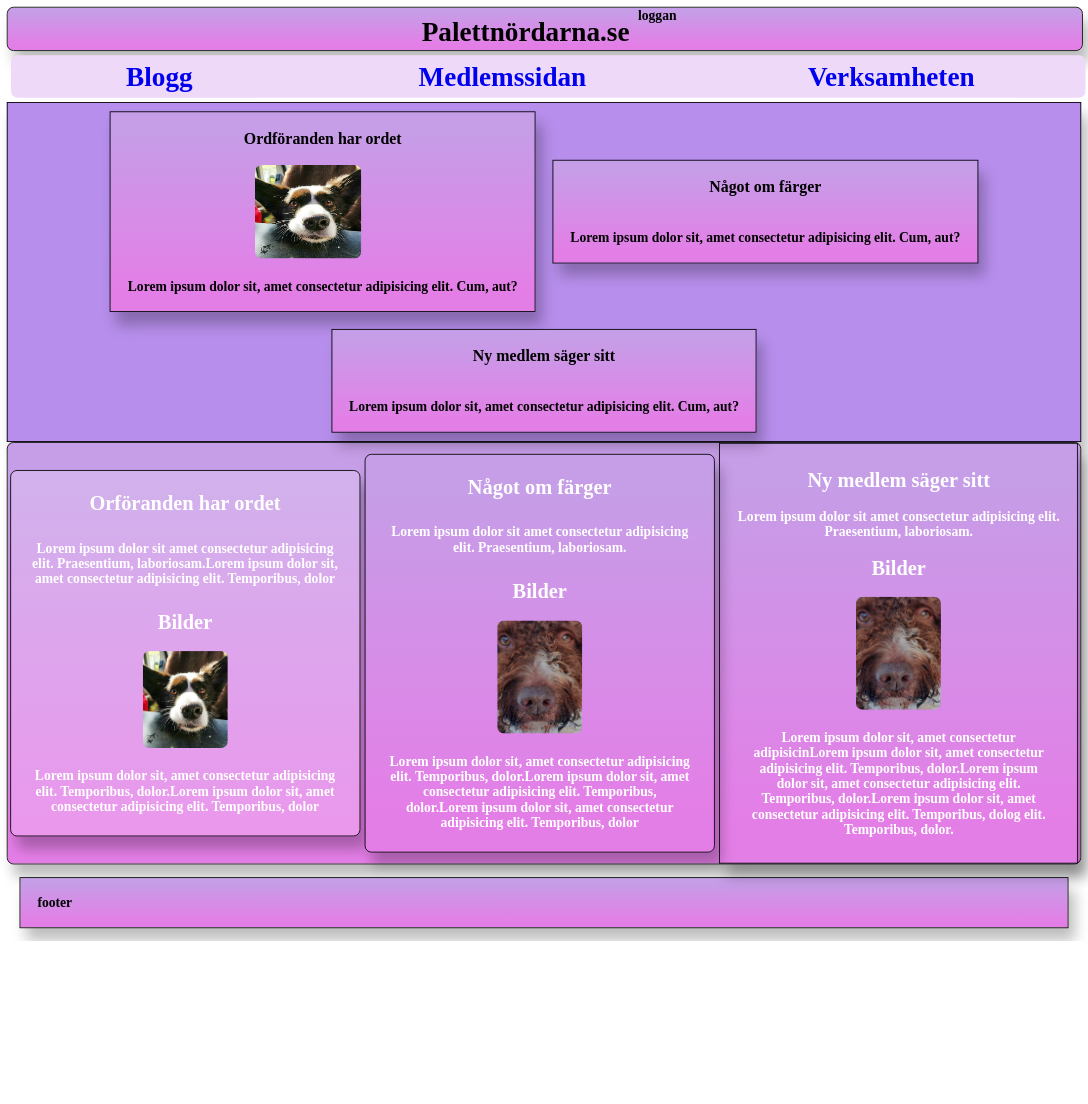
Repository: Webutveckling-20-21/lektion-3-CSS
Page: index.html
These files come from the project's save history. The page is drawn as it stood at one moment and after the next save; the edit follows.
The browser window is 1280 px wide. The pictures show the whole page, at 85% of full size.
Some web fonts or font styles are not loaded; a fallback is used.

Above is the page before, as saved 2021-09-30 16:16:21.

### index.html
<!DOCTYPE html>
<html lang="en">

<head>
    <meta charset="UTF-8">
    <meta http-equiv="X-UA-Compatible" content="IE=edge">
    <meta name="viewport" content="width=device-width, initial-scale=1.0">
    <link rel="stylesheet" href="style.css">
    <title>lektion 3</title>
</head>

<body>
    <div class="header">
       <h1>Palettnördarna.se</h1>
       <div class="logo">
           loggan
       </div>

    </div>

    <ul class="navbar">

            <li class="nav-list"> <a href="index.html">Blogg</a></li>
            <li><a href="#">Medlemssidan</a></li>
            <li><a href="#">Verksamheten</a></li>

        </ul>

    <div class="main-center">

        <div class="article1">
            <h3>Ordföranden har ordet</h3>
            <img src="images/ord.jpg" class="thumbnail" height="110" width="110" alt="Bild på ordföranden">
            <p>Lorem ipsum dolor sit, amet consectetur adipisicing elit. Cum, aut?</p>
        </div>
        <div class="article3">
            <h3>Något om färger</h3>
            <p>Lorem ipsum dolor sit, amet consectetur adipisicing elit. Cum, aut?</p>
        </div>
        <div class="article3">
            <h3>Ny medlem säger sitt</h3>
            <p>Lorem ipsum dolor sit, amet consectetur adipisicing elit. Cum, aut?</p>
        </div>
    </div>
    <div class="box">
        <div class="blue">
            <h2>Orföranden har ordet</h2>
            <p>Lorem ipsum dolor sit amet consectetur adipisicing elit. Praesentium, laboriosam.Lorem ipsum dolor sit, amet consectetur adipisicing elit. Temporibus, dolor </p>
            <div class="images">
                <h2>Bilder</h2>
                <img src="images/ord.jpg" alt="bild">
                <p>Lorem ipsum dolor sit, amet consectetur adipisicing elit. Temporibus, dolor.Lorem ipsum dolor sit, amet consectetur adipisicing elit. Temporibus, dolor</p>
            </div>
        </div>
        <div class="green">
            <h2>Något om färger</h2>
            <p>Lorem ipsum dolor sit amet consectetur adipisicing elit. Praesentium, laboriosam. </p>
            <div class="images">
                <h2>Bilder</h2>
                <img src="images/olle.jpg" alt="bild">
                <p>Lorem ipsum dolor sit, amet consectetur adipisicing elit. Temporibus, dolor.Lorem ipsum dolor sit, amet consectetur adipisicing elit. Temporibus, dolor.Lorem ipsum dolor sit, amet consectetur adipisicing elit. Temporibus, dolor</p>
            </div>
        </div>
        <div class="red">
            <h2>Ny medlem säger sitt</h2>
            <div>Lorem ipsum dolor sit amet consectetur adipisicing elit. Praesentium, laboriosam.
                <div class="images">
                    <h2>Bilder</h2>
                    <img src="images/olle.jpg" alt="bild">
                    <p>Lorem ipsum dolor sit, amet consectetur adipisicinLorem ipsum dolor sit, amet consectetur adipisicing elit. Temporibus, dolor.Lorem ipsum dolor sit, amet consectetur adipisicing elit. Temporibus, dolor.Lorem ipsum dolor sit, amet consectetur adipisicing elit. Temporibus, dolog elit. Temporibus, dolor.</p>
                </div>
            </div>
        </div>
    </div>
</body>
<div class="footer-place"> footer</div>





</html>

### style.css
@import url('https://fonts.googleapis.com/css2?family=Grechen+Fuemen&display=swap');

body {
    font-family: 'Grechen Fuemen', cursive;
    font-weight: bolder;
}
.header{
    display:flex;
    width: 100%;
    height:50px;
    border:1px solid black;
    background: linear-gradient(to bottom, #c69de7 10%, #e47ee7 90%);
    box-shadow: 7.6px 15.2px 15.2px hsl(0deg 0% 0% / 0.26);
    border-radius:8px;
    justify-content: center;
}
.header h1 {
    margin:10px;
}

.navbar {
    width: 100%;
    height: 50px;
    display: flex;
    align-items: center;
    justify-content: space-around;
    background-color: #eed9f8;
    margin: 5px;
    border-radius:8px;
}

ul {

    list-style-type: none;
    display: flex;
    margin: 0;
    padding: 0;
    overflow: hidden;
}

.nav-list {
    margin: 5px;
}

a {
    text-decoration: none;
    font-size: 2rem;

}

a:hover {
    color: blue;
}
.thumbnail:hover {
    position:relative;
    top:-20px;
    left:-30px;
    width:500px;
    height:auto;
    display:block;
    z-index:999;
}
/* <img src="[your hosted image URL]" class="thumbnail" height="100" width="100" />  */



.box {
    background: linear-gradient(to bottom, #c69de7 10%, #e47ee7 90%);
    /* height:200px; */
    display: flex;
    max-width: 100%;
    align-items: center;
    justify-content: center;
    border: 1px solid black;
    border-radius: 8px;
    flex-wrap: wrap;
    justify-content: center;
    /* opacity: 0.5; */
    box-shadow: 7.6px 15.2px 15.2px hsl(0deg 0% 0% / 0.26);
}

.blue {

   /* background: linear-gradient(to bottom, #c69de7 10%, #e47ee7 90%);*/
    max-width: 400px;
    background-color:rgba(255,255,255,0.2) ;
    margin: auto;
    border: 1px solid black;
    color: white;
    text-align: center;
    border-radius: 8px;
    justify-content: center;
    padding: 5px;
    box-shadow: 7.6px 15.2px 15.2px hsl(0deg 0% 0% / 0.26);


}

.green {

    background: linear-gradient(to bottom, #c69de7 10%, #e47ee7 90%);
    max-width: 400px;
    margin: auto;
    border: 1px solid black;
    color: white;
    text-align: center;
    border-radius: 8px;
    justify-content: center;
    padding: 5px;
    box-shadow: 7.6px 15.2px 15.2px hsl(0deg 0% 0% / 0.26);


}

.red {

    /*background: linear-gradient(to bottom, #c69de7 10%, #e47ee7 90%);*/
    max-width: 400px;
    margin: auto;
    color: white;
    text-align: center;
    border: 1px solid black;
    background:rgba(255,255,255,0.1)

    border-radius: 8px;
    justify-content: center;
    padding: 10px;
    box-shadow: 7.6px 15.2px 15.2px hsl(0deg 0% 0% / 0.26);

}

img {
    width: 25%;
    border-radius: 8px;
    max-width: 300px;
    margin: auto;
}

h2 {
    justify-content: center;
}

.main-center h3 {
    justify-content: center;
}

.main-center {
    display: flex;
    flex-direction: row;
    flex-wrap: wrap;
    border: 1px solid black;
    align-items: center;
    justify-content: center;
    background-color: rgb(183, 142, 236);
    box-shadow: 7.6px 15.2px 15.2px hsl(0deg 0% 0% / 0.26);
}

.article1 {
    margin: 10px;
    border: 1px solid black;
    justify-content: center;
    align-items: center;
    background: linear-gradient(to bottom, #c69de7 10%, #e47ee7 90%);
    box-shadow: 7.6px 15.2px 15.2px hsl(0deg 0% 0% / 0.26);

}
.article1 img {
    border-radius: 8px;
    margin-left: 170px;
}

.article2 {
    margin: 10px;
    border: 1px solid black;
    background-color: rgb(172, 125, 233);
    box-shadow: 7.6px 15.2px 15.2px hsl(0deg 0% 0% / 0.26);
    background: linear-gradient(to bottom, #c69de7 10%, #e47ee7 90%);

}

.article3 {
    margin: 10px;
    border: 1px solid black;
    background: linear-gradient(to bottom, #c69de7 10%, #e47ee7 90%);
    box-shadow: 7.6px 15.2px 15.2px hsl(0deg 0% 0% / 0.26);
}

h3 {
    margin: auto;
}

p {
    text-align: center;
    margin: 10px;
    padding: 10px;
}

h3 {
    padding: 20px;
    text-align: center;
}

.footer-place {
    padding: 20px;
    margin: 15px;
    border: 1px solid black;
    background: linear-gradient(to bottom, #c69de7 10%, #e47ee7 90%);
    box-shadow: 7.6px 15.2px 15.2px hsl(0deg 0% 0% / 0.26);
}

After the next save:
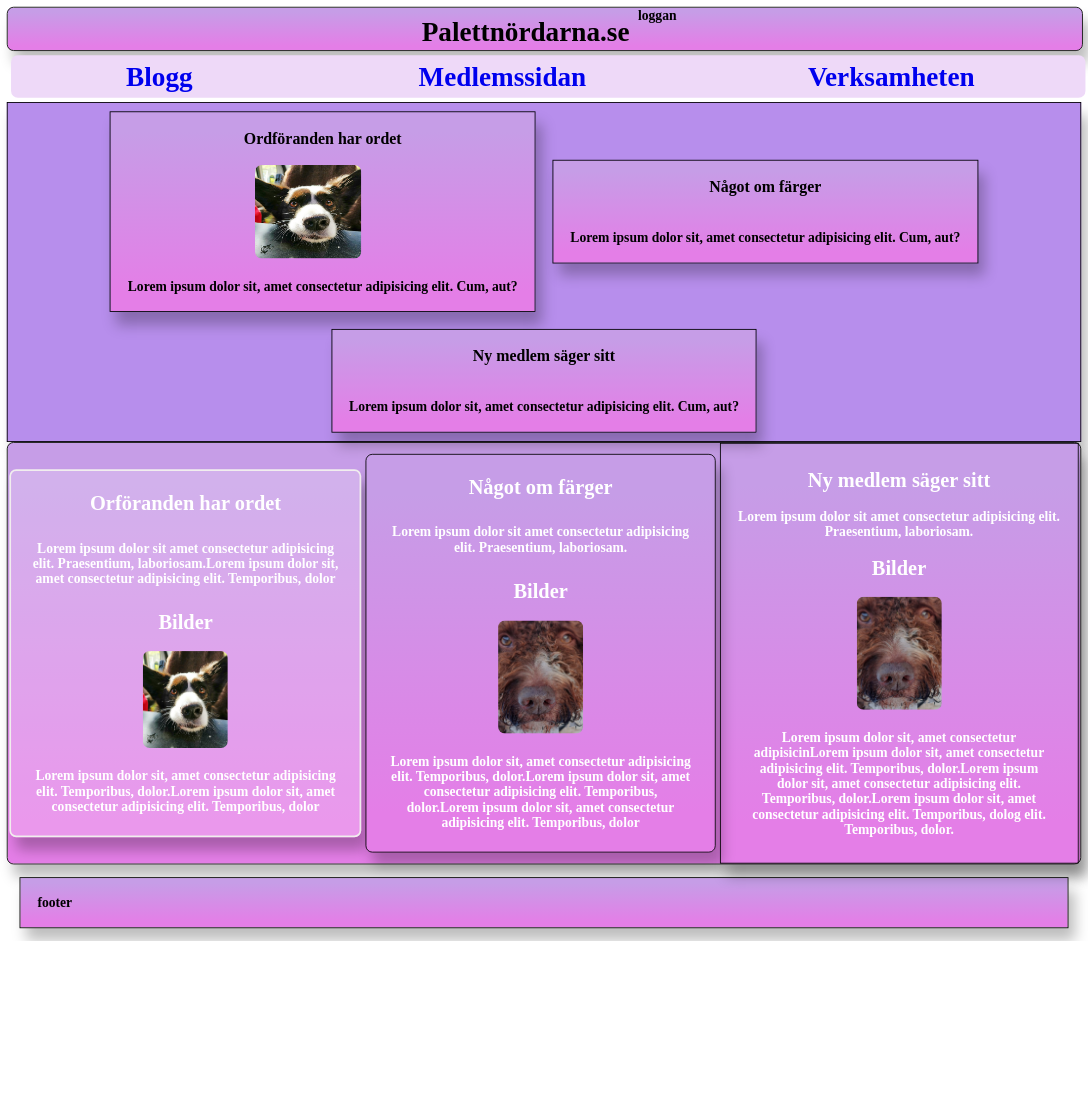
Saved 22 s later.
--- a/style.css
+++ b/style.css
@@ -85,7 +85,7 @@ a:hover {
     max-width: 400px;
     background-color:rgba(255,255,255,0.2) ;
     margin: auto;
-    border: 1px solid black;
+    border: 2px solid rgb(241, 238, 238);
     color: white;
     text-align: center;
     border-radius: 8px;
